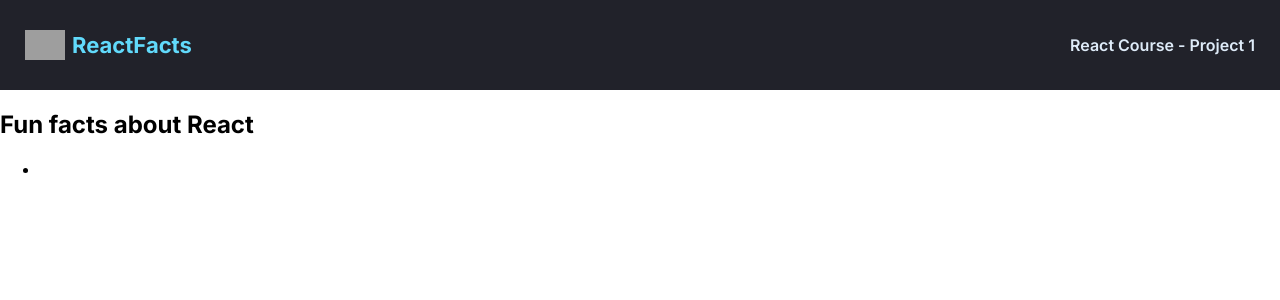
Repository: evemcd/scrimba-react2
Page: / (app in vite-react/)
The author's editor kept a copy of each file at every save. The page is drawn from the files as they stood at one save, then again after the next save.
The browser window is 1280 px wide. The pictures show the whole page.
Pictures or frames that could not be fetched are drawn as grey boxes. The project was rebuilt for these pictures with package versions that can differ from the ones it lists, and the page was loaded fresh each time. Also part of the build but not shown: vite-react/vite.config.js.

Above is the page before, as saved 2023-08-04 11:58:10.

After the next save:
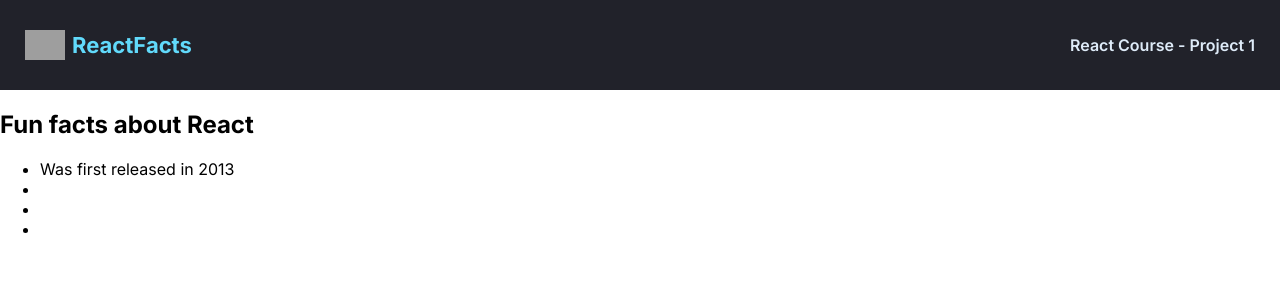
Saved 23 s later.
--- a/vite-react/src/components/Main.jsx
+++ b/vite-react/src/components/Main.jsx
@@ -3,6 +3,9 @@ export default function Main() {
         <main>
             <h2>Fun facts about React</h2>
             <ul>
+                <li>Was first released in 2013</li>
+                <li></li>
+                <li></li>
                 <li></li>
             </ul>
         </main>
